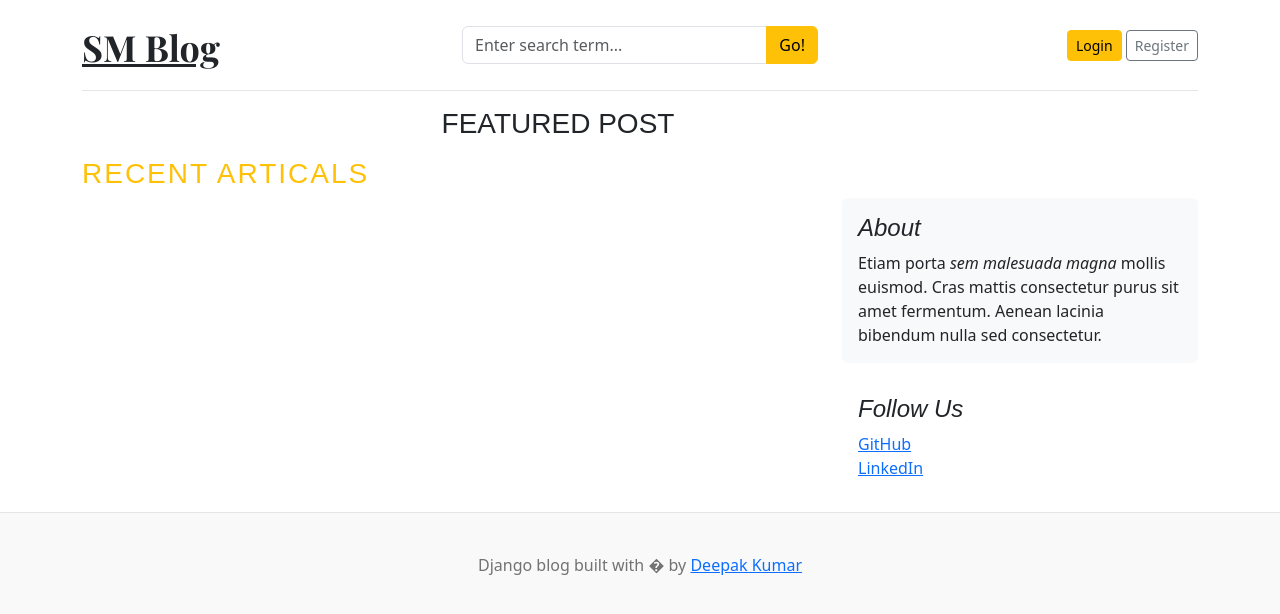
Repository: vijayholve/Blog-Website-Django
Page: templates/home.html
An editor plug-in stored every save of this project. The page is shown before and after the next save, followed by the edit.
The browser window is 1280 px wide. The pictures show the whole page.
Some web fonts or font styles are not loaded; a fallback is used. The template is drawn by Django 5.2. The application's start-up code is not run. Other server files are loaded and not shown. The template is opened directly, without the code that normally fills it, so the values that code supplies are empty.

Above is the page before, as saved 2025-01-29 16:19:19.

### templates/home.html

{% extends 'base/base.html' %}

{% block content %}

{% for post in featured_post %}
 {% if forloop.first %}
<div class="jumbotron p-3 p-md-5 text-white rounded bg-dark" style="background-image: url({{ post.blog_image.url }});background-blend-mode: overlay;background-size:cover;">
    <div class="col-md-8 px-0">
      <h1 class="display-4 font-italic"><a href="{% url 'blogs' post.slug %}">{{ post.title }}</a></h1>
      <p class="lead my-3">{{ post.short_description | truncatewords:20 }}</p>
      <p class="lead mb-0"><a href="#" class="text-white font-weight-bold">Continue reading...</a></p>
    </div>
</div>
  {% endif %}
{% endfor %}


<!-- Featured POST -->
<div class="container row mb-2">
  <div class="container">

    <h3 class="container mr-4 text-uppercase text-dark text-bold text-center" >Featured POST</h3>
    {% for post in featured_post %}
    {% if not forloop.first %}
    <div class="col-md-6">
      <div class="card border-0" >
        <div class="card-body">
          <h3><a href="{% url 'blogs' post.slug %}">{{ post.title }}</a></h3>
          <small class="mb-1 text-muted">
            <span class=" material-symbols-outlined">
              schedule
            </span>
            {{ post.created_at | timesince }} ago | {{ post.author }}</small>
            <p class="card-text">{{ post.short_description | truncatewords:20 }}</p>
          </div>
        </div>
      </div>
      {% endif %}
      {% endfor %}
    </div>

  </div>
  <!-- Recent artical -->
  <main role="main" class="container ">
    <h3 class="text-uppercase text-warning" style="letter-spacing: 2px;">Recent Articals</h3>
    <div class="row">
      <div class="col-md-8 blog-main">
        {% for post in posts %}
        <div class="card border-0" >
          <div class="card-body">
            <h3><a href="{% url 'blogs' post.slug %}">{{ post.title }}</a></h3>
            <small class="mb-1 text-muted">{{ post.created_at | timesince }} ago | {{ post.author }}</small>
            <p class="card-text">{{ post.short_description | truncatewords:20 }}</p>
          </div>
        </div>
        {% endfor %}
      </div>
      <!-- /.blog-main -->

      <aside class="col-md-4 blog-sidebar">
        <div class="p-3 mb-3 bg-light rounded">
          <h4 class="font-italic">About</h4>
          <p class="mb-0">Etiam porta <em>sem malesuada magna</em> mollis euismod. Cras mattis consectetur purus sit amet fermentum. Aenean lacinia bibendum nulla sed consectetur.</p>
        </div>

        <div class="p-3">
          <h4 class="font-italic">Follow Us</h4>
          <ol class="list-unstyled">
            <li><a href="#">GitHub</a></li>
            <li><a href="#">LinkedIn</a></li>
          </ol>
        </div>
      </aside><!-- /.blog-sidebar -->

    </div><!-- /.row -->

  </main><!-- /.container -->

</div>
{% endblock %}

### templates/base/base.html
<!-- Header part -->
{% include './header.html' %}

<!-- Main content part -->
{% block content %}
<div class="container-fluid">

</div>
{% endblock %}

<!-- Footer -->
{% include './footer.html' %}

### templates/base/header.html
{% load static %}
<!DOCTYPE html>
<html lang="en">
<head>
    <meta charset="UTF-8">
    <meta http-equiv="X-UA-Compatible" content="IE=edge">
    <meta name="viewport" content="width=device-width, initial-scale=1.0">
    <title>SM Joshi Blogs</title>
    <link href="https://getbootstrap.com/docs/4.0/dist/css/bootstrap.min.css" rel="stylesheet">
    <link href="https://fonts.googleapis.com/css?family=Playfair+Display:700,900" rel="stylesheet">
    <link href="{% static 'css/blog.css' %}" rel="stylesheet">
    <link href="{% static 'css/Navbar.css' %}" rel="stylesheet">
    <link rel="stylesheet" href="https://cdn.jsdelivr.net/npm/bootstrap@4.4.1/dist/css/bootstrap.min.css" integrity="sha384-Vkoo8x4CGsO3+Hhxv8T/Q5PaXtkKtu6ug5TOeNV6gBiFeWPGFN9MuhOf23Q9Ifjh" crossorigin="anonymous">
    <link href="https://cdn.jsdelivr.net/npm/bootstrap@5.3.3/dist/css/bootstrap.min.css" rel="stylesheet" integrity="sha384-QWTKZyjpPEjISv5WaRU9OFeRpok6YctnYmDr5pNlyT2bRjXh0JMhjY6hW+ALEwIH" crossorigin="anonymous">
    <link rel="stylesheet" href="https://fonts.googleapis.com/css2?family=Material+Symbols+Outlined:opsz,wght,FILL,GRAD@20..48,100..700,0..1,-50..200&icon_names=schedule" />
    <link rel="stylesheet" href="https://cdnjs.cloudflare.com/ajax/libs/font-awesome/4.7.0/css/font-awesome.min.css">

  </head>
<body>
    <div class="container ">
      <header class="blog-header py-3">
        <div class="row flex-nowrap justify-content-between align-items-center">
          <div class="col-4 pt-1">
            <a class="blog-header-logo text-dark" href="/">SM  Blog</a>
          </div>
          <div class="col-4">
            <form action="{% url 'search' %}" method="GET">
              <div class="input-group">
                <input class="form-control" name="keyword" type="text" placeholder="Enter search term..." aria-label="Enter search term..." aria-describedby="button-search" />
                <button type="submit" class="btn btn-warning" id="button-search" type="button">Go!</button>
            </div>
            </form>
          </div>

          <div class="col-4 d-flex justify-content-end align-items-center">
            {% if not user.is_authenticated %}
            <a class="btn btn-sm btn-warning" href="{% url 'login' %}">Login</a> &nbsp;
            <a class="btn btn-sm btn-outline-secondary" href="{% url 'register' %}">Register</a>
            {% else %}
            <span><a href="{% url 'dashboard' %}" class="btn btn-warning">Dashboard</a></span> &nbsp;
            <span><a href="{% url 'logout' %}">Logout</a></span>
            {% endif %}
          </div>
        </div>
      </header>

      <div class="nav-scroller py-1 mb-2">
        <nav class="nav d-flex justify-content-between">
          {% for cat in categories %}
          <a class="p-2 text-muted" href="{% url 'posts_by_category' cat.id  %}">{{ cat.category_name }}</a>
          {% endfor %}
        </nav>
      </div>
    </div>
    <script src="https://cdn.jsdelivr.net/npm/bootstrap@5.3.3/dist/js/bootstrap.bundle.min.js" integrity="sha384-YvpcrYf0tY3lHB60NNkmXc5s9fDVZLESaAA55NDzOxhy9GkcIdslK1eN7N6jIeHz" crossorigin="anonymous"></script>
</body>
</html>

### templates/base/footer.html
<footer class="blog-footer">
    <p>Django blog built with � by <a href="#">Deepak Kumar</a></p>
  </footer>
  </body>
  </html>

### static/css/blog.css
/* stylelint-disable selector-list-comma-newline-after */

.blog-header {
  border-bottom: 1px solid #e5e5e5;
}

.blog-header-logo {
  font-family: "Playfair Display", Georgia, "Times New Roman", serif/*rtl:Amiri, Georgia, "Times New Roman", serif*/;
  font-size: 2.25rem;
}

.blog-header-logo:hover {
  text-decoration: none;
}

h1, h2, h3, h4, h5, h6 {
  font-family: "Playfair Display", Georgia, "Times New Roman", serif/*rtl:Amiri, Georgia, "Times New Roman", serif*/;
}

.display-4 {
  font-size: 2.5rem;
}
@media (min-width: 768px) {
  .display-4 {
    font-size: 3rem;
  }
}

.flex-auto {
  flex: 0 0 auto;
}

.h-250 { height: 250px; }
@media (min-width: 768px) {
  .h-md-250 { height: 250px; }
}

/* Pagination */
.blog-pagination {
  margin-bottom: 4rem;
}

/*
 * Blog posts
 */
.blog-post {
  margin-bottom: 4rem;
}
.blog-post-title {
  font-size: 2.5rem;
}
.blog-post-meta {
  margin-bottom: 1.25rem;
  color: #727272;
}

/*
 * Footer
 */
.blog-footer {
  padding: 2.5rem 0;
  color: #727272;
  text-align: center;
  background-color: #f9f9f9;
  border-top: .05rem solid #e5e5e5;
}
.blog-footer p:last-child {
  margin-bottom: 0;
}


.material-symbols-outlined{
  width: 20px;
  /* height: 300px; */
}

### static/css/Navbar.css
:root {
    --font-family-sans-serif: "Open Sans", -apple-system, BlinkMacSystemFont,
    "Segoe UI", Roboto, "Helvetica Neue", Arial, sans-serif, "Apple Color Emoji",
    "Segoe UI Emoji", "Segoe UI Symbol", "Noto Color Emoji";
}

*, *::before, *::after {
    -webkit-box-sizing: border-box;
    box-sizing: border-box;
}

html {
    font-family: sans-serif;
    line-height: 1.15;
    -webkit-text-size-adjust: 100%;
    -webkit-tap-highlight-color: rgba(0, 0, 0, 0);
}

nav {
    display: block;
}

body {
    margin: 0;
    font-family: "Open Sans", -apple-system, BlinkMacSystemFont, "Segoe UI",
    Roboto, "Helvetica Neue", Arial, sans-serif, "Apple Color Emoji",
    "Segoe UI Emoji", "Segoe UI Symbol", "Noto Color Emoji";
    font-size: 1rem;
    font-weight: 400;
    line-height: 1.5;
    color: #515151;
    text-align: left;
    background-color: #e9edf4;
}

h1, h2, h3, h4, h5, h6 {
    margin-top: 0;
    margin-bottom: 0.5rem;
}

p {
    margin-top: 0;
    margin-bottom: 1rem;
}

a {
    color: #3f84fc;
    text-decoration: none;
    background-color: transparent;
}

a:hover {
    color: #0458eb;
    text-decoration: underline;
}

h1, h2, h3, h4, h5, h6, .h1, .h2, .h3, .h4, .h5, .h6 {
    font-family: "Nunito", sans-serif;
    margin-bottom: 0.5rem;
    font-weight: 500;
    line-height: 1.2;
}

h1, .h1 {
    font-size: 2.5rem;
    font-weight: normal;
}

.card {
    position: relative;
    display: -webkit-box;
    display: -webkit-flex;
    display: -ms-flexbox;
    display: flex;
    -webkit-box-orient: vertical;
    -webkit-box-direction: normal;
    -webkit-flex-direction: column;
    -ms-flex-direction: column;
    flex-direction: column;
    min-width: 0;
    word-wrap: break-word;
    background-color: #fff;
    background-clip: border-box;
    border: 1px solid rgba(0, 0, 0, 0.125);
    border-radius: 0;
}

.card-body {
    -webkit-box-flex: 1;
    -webkit-flex: 1 1 auto;
    -ms-flex: 1 1 auto;
    flex: 1 1 auto;
    padding: 1.25rem;
}

.card-header {
    padding: 0.75rem 1.25rem;
    margin-bottom: 0;
    background-color: rgba(0, 0, 0, 0.03);
    border-bottom: 1px solid rgba(0, 0, 0, 0.125);
    text-align: center;
}

.dashboard {
    display: -webkit-box;
    display: -webkit-flex;
    display: -ms-flexbox;
    display: flex;
    min-height: 100vh;
}

.dashboard-app {
    display: -webkit-box;
    display: -webkit-flex;
    display: -ms-flexbox;
    display: flex;
    -webkit-box-orient: vertical;
    -webkit-box-direction: normal;
    -webkit-flex-direction: column;
    -ms-flex-direction: column;
    flex-direction: column;
    -webkit-box-flex: 2;
    -webkit-flex-grow: 2;
    -ms-flex-positive: 2;
    flex-grow: 2;
    margin-top: 84px;
}

.dashboard-content {
    -webkit-box-flex: 2;
    -webkit-flex-grow: 2;
    -ms-flex-positive: 2;
    flex-grow: 2;
    padding: 25px;
}

.dashboard-nav {
    min-width: 238px;
    position: fixed;
    left: 0;
    top: 0;
    bottom: 0;
    overflow: auto;
    background-color: #373193;
}

.dashboard-compact .dashboard-nav {
    display: none;
}

.dashboard-nav header {
    min-height: 84px;
    padding: 8px 27px;
    display: -webkit-box;
    display: -webkit-flex;
    display: -ms-flexbox;
    display: flex;
    -webkit-box-pack: center;
    -webkit-justify-content: center;
    -ms-flex-pack: center;
    justify-content: center;
    -webkit-box-align: center;
    -webkit-align-items: center;
    -ms-flex-align: center;
    align-items: center;
}

.dashboard-nav header .menu-toggle {
    display: none;
    margin-right: auto;
}

.dashboard-nav a {
    color: #515151;
}

.dashboard-nav a:hover {
    text-decoration: none;
}

.dashboard-nav {
    background-color: #443ea2;
}

.dashboard-nav a {
    color: #fff;
}

.brand-logo {
    font-family: "Nunito", sans-serif;
    font-weight: bold;
    font-size: 20px;
    display: -webkit-box;
    display: -webkit-flex;
    display: -ms-flexbox;
    display: flex;
    color: #515151;
    -webkit-box-align: center;
    -webkit-align-items: center;
    -ms-flex-align: center;
    align-items: center;
}

.brand-logo:focus, .brand-logo:active, .brand-logo:hover {
    color: #dbdbdb;
    text-decoration: none;
}

.brand-logo i {
    color: #d2d1d1;
    font-size: 27px;
    margin-right: 10px;
}

.dashboard-nav-list {
    display: -webkit-box;
    display: -webkit-flex;
    display: -ms-flexbox;
    display: flex;
    -webkit-box-orient: vertical;
    -webkit-box-direction: normal;
    -webkit-flex-direction: column;
    -ms-flex-direction: column;
    flex-direction: column;
}

.dashboard-nav-item {
    min-height: 56px;
    padding: 8px 20px 8px 70px;
    display: -webkit-box;
    display: -webkit-flex;
    display: -ms-flexbox;
    display: flex;
    -webkit-box-align: center;
    -webkit-align-items: center;
    -ms-flex-align: center;
    align-items: center;
    letter-spacing: 0.02em;
    transition: ease-out 0.5s;
}

.dashboard-nav-item i {
    width: 36px;
    font-size: 19px;
    margin-left: -40px;
}

.dashboard-nav-item:hover {
    background: rgba(255, 255, 255, 0.04);
}

.active {
    background: rgba(0, 0, 0, 0.1);
}

.dashboard-nav-dropdown {
    display: -webkit-box;
    display: -webkit-flex;
    display: -ms-flexbox;
    display: flex;
    -webkit-box-orient: vertical;
    -webkit-box-direction: normal;
    -webkit-flex-direction: column;
    -ms-flex-direction: column;
    flex-direction: column;
}

.dashboard-nav-dropdown.show {
    background: rgba(255, 255, 255, 0.04);
}

.dashboard-nav-dropdown.show > .dashboard-nav-dropdown-toggle {
    font-weight: bold;
}

.dashboard-nav-dropdown.show > .dashboard-nav-dropdown-toggle:after {
    -webkit-transform: none;
    -o-transform: none;
    transform: none;
}

.dashboard-nav-dropdown.show > .dashboard-nav-dropdown-menu {
    display: -webkit-box;
    display: -webkit-flex;
    display: -ms-flexbox;
    display: flex;
}

.dashboard-nav-dropdown-toggle:after {
    content: "";
    margin-left: auto;
    display: inline-block;
    width: 0;
    height: 0;
    border-left: 5px solid transparent;
    border-right: 5px solid transparent;
    border-top: 5px solid rgba(81, 81, 81, 0.8);
    -webkit-transform: rotate(90deg);
    -o-transform: rotate(90deg);
    transform: rotate(90deg);
}

.dashboard-nav .dashboard-nav-dropdown-toggle:after {
    border-top-color: rgba(255, 255, 255, 0.72);
}

.dashboard-nav-dropdown-menu {
    display: none;
    -webkit-box-orient: vertical;
    -webkit-box-direction: normal;
    -webkit-flex-direction: column;
    -ms-flex-direction: column;
    flex-direction: column;
}

.dashboard-nav-dropdown-item {
    min-height: 40px;
    padding: 8px 20px 8px 70px;
    display: -webkit-box;
    display: -webkit-flex;
    display: -ms-flexbox;
    display: flex;
    -webkit-box-align: center;
    -webkit-align-items: center;
    -ms-flex-align: center;
    align-items: center;
    transition: ease-out 0.5s;
}

.dashboard-nav-dropdown-item:hover {
    background: rgba(255, 255, 255, 0.04);
}

.menu-toggle {
    position: relative;
    width: 42px;
    height: 42px;
    display: -webkit-box;
    display: -webkit-flex;
    display: -ms-flexbox;
    display: flex;
    -webkit-box-align: center;
    -webkit-align-items: center;
    -ms-flex-align: center;
    align-items: center;
    -webkit-box-pack: center;
    -webkit-justify-content: center;
    -ms-flex-pack: center;
    justify-content: center;
    color: #443ea2;
}

.menu-toggle:hover, .menu-toggle:active, .menu-toggle:focus {
    text-decoration: none;
    color: #875de5;
}

.menu-toggle i {
    font-size: 20px;
}

.dashboard-toolbar {
    min-height: 84px;
    background-color: #dfdfdf;
    display: -webkit-box;
    display: -webkit-flex;
    display: -ms-flexbox;
    display: flex;
    -webkit-box-align: center;
    -webkit-align-items: center;
    -ms-flex-align: center;
    align-items: center;
    padding: 8px 27px;
    position: fixed;
    top: 0;
    right: 0;
    left: 0;
    z-index: 1000;
}

.nav-item-divider {
    height: 1px;
    margin: 1rem 0;
    overflow: hidden;
    background-color: rgba(236, 238, 239, 0.3);
}

@media (min-width: 992px) {
    .dashboard-app {
        margin-left: 238px;
    }

    .dashboard-compact .dashboard-app {
        margin-left: 0;
    }
}


@media (max-width: 768px) {
    .dashboard-content {
        padding: 15px 0px;
    }
}

@media (max-width: 992px) {
    .dashboard-nav {
        display: none;
        position: fixed;
        top: 0;
        right: 0;
        left: 0;
        bottom: 0;
        z-index: 1070;
    }

    .dashboard-nav.mobile-show {
        display: block;
    }
}

@media (max-width: 992px) {
    .dashboard-nav header .menu-toggle {
        display: -webkit-box;
        display: -webkit-flex;
        display: -ms-flexbox;
        display: flex;
    }
}

@media (min-width: 992px) {
    .dashboard-toolbar {
        left: 238px;
    }

    .dashboard-compact .dashboard-toolbar {
        left: 0;
    }
}

After the next save:
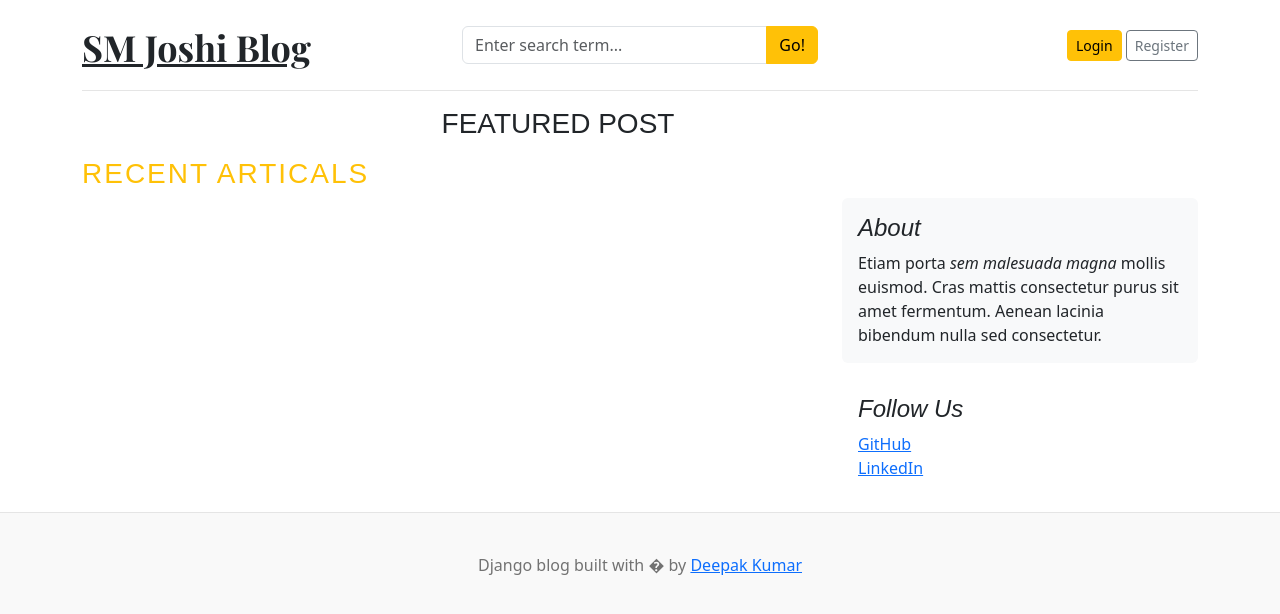
Saved 5 s later.
--- a/templates/base/header.html
+++ b/templates/base/header.html
@@ -21,7 +21,7 @@
       <header class="blog-header py-3">
         <div class="row flex-nowrap justify-content-between align-items-center">
           <div class="col-4 pt-1">
-            <a class="blog-header-logo text-dark" href="/">SM  Blog</a>
+            <a class="blog-header-logo text-dark" href="/">SM Joshi Blog</a>
           </div>
           <div class="col-4">
             <form action="{% url 'search' %}" method="GET">
